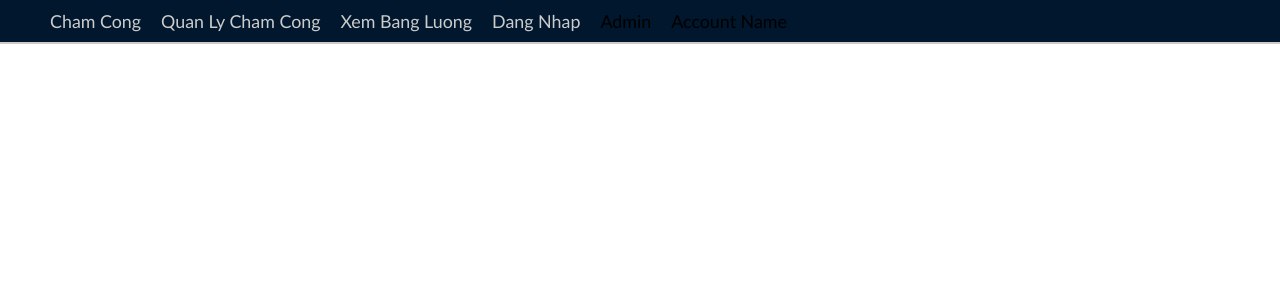
Repository: LDDUNG2003/a
Page: index.html
An editor plug-in stored every save of this project. The page is shown before and after the next save, followed by the edit.
The browser window is 1280 px wide. The pictures show the whole page.

Above is the page before, as saved 2023-10-13 23:46:38.

After the next save:
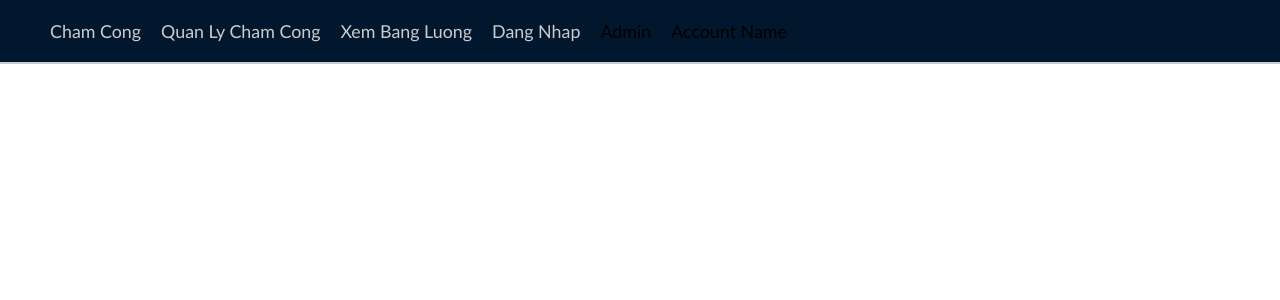
Saved 13 s later.
--- a/controlView/css/base.css
+++ b/controlView/css/base.css
@@ -36,7 +36,7 @@ body {
 }
 
 .navBar--items {
-    padding: 0px 10px;
+    padding: 10px 10px;
     font-size: 1.8rem;
     position: relative;
     text-transform: capitalize;

After the save that followed:
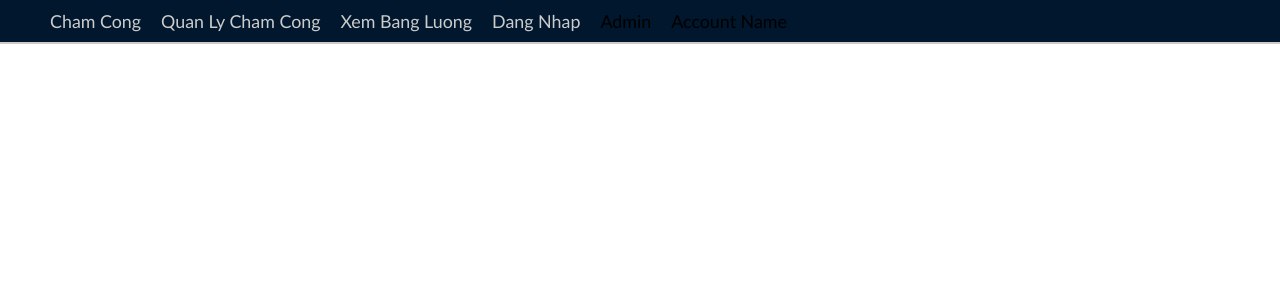
Saved 5 s later.
--- a/controlView/css/base.css
+++ b/controlView/css/base.css
@@ -18,7 +18,6 @@ body {
 
 .app__header {
     width: 100%;
-    padding: 10px 0px;
     border-bottom: solid 2px #ccc;
     background-color: #01172e;
 }
